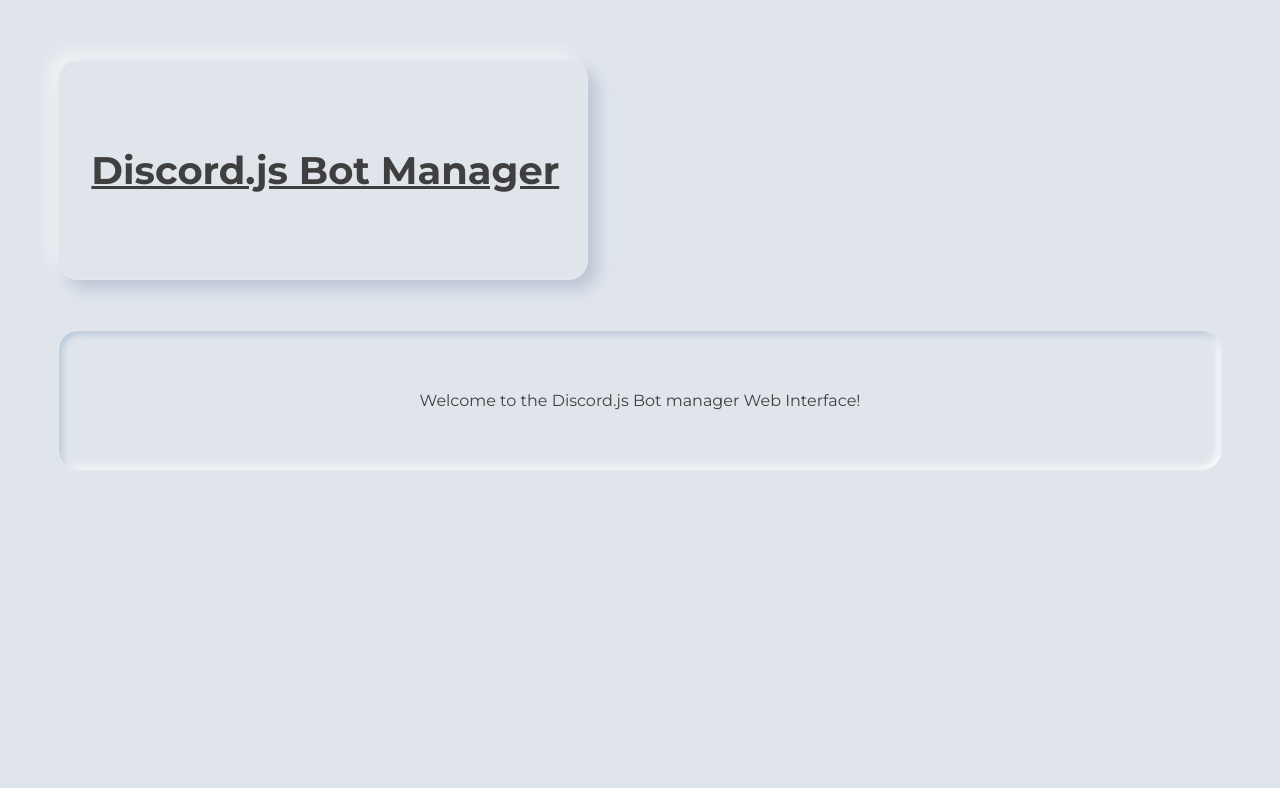
Repository: O-Schell/Discord-Bot-Manager
Page: Web_Interface/main.HTML
The author's editor kept a copy of each file at every save. The page is drawn from the files as they stood at one save, then again after the next save.
The browser window is 1280 px wide. The pictures show the whole page.
The style sheet was rebuilt from its Sass, Less or Tailwind sources for each picture, by a compiler version that may differ from the author's.

Above is the page before, as saved 2020-11-23 10:06:26.
Not found: Web_Interface/script.js

### Web_Interface/main.HTML
<!DOCTYPE html>
<html lang="fr">
  <head>
    <meta charset="utf-8" />
    <title>Bot Manager</title>
    <link rel="stylesheet" href="style.css" />
    <script src="script.js"></script>
  </head>

  <body>
    <div
      class="container wrapper"
      style="
        padding-left: 50px;
        padding-right: 50px;
      "
    >
      <div class="row">
        <div class="card-w col-md-4">
          <div class="card neumorphism"style="width: max-content;">
            <div class="card__icon"></div>
            <div class="card__text" >
              <h1><u>Discord.js Bot Manager</u></h1>
            </div>
          </div>
        </div>
      </div>
      <div class="card-w col-md-4" style="font-family: Montserrat; color: #3f3f3f;padding-top: 50px;">
        <div class="card inset">
          <div class="card__icon"></div>
          <div class="card__text">
            <p1>Welcome to the Discord.js Bot manager Web Interface!</p1>
          </div>
        </div>
      </div>
      <!--
    <div class="container wrapper">
      <div class="row">
        <div class="card-w col-md-4">
          <div class="card neumorphism">
            <div class="card__icon"></div>
            <div class="card__text">
              Lorem ipsum dolor sit amet consectetur adipisicing elit. Vitae,
              iusto et. Omnis quam enim vitae, esse dolores hic reiciendis nobis
              eligendi commodi eaque sed maxime non dolorum incidunt laudantium
              facilis!
            </div>
          </div>
        </div>
        <div class="card-w col-md-4">
          <div class="card inset">
            <div class="card__icon"></div>
            <div class="card__text">
              Lorem ipsum dolor sit amet consectetur adipisicing elit. Vitae,
              iusto et. Omnis quam enim vitae, esse dolores hic reiciendis nobis
              eligendi commodi eaque sed maxime non dolorum incidunt laudantium
              facilis!
            </div>
          </div>
        </div>
        <div class="card-w col-md-4">
          <div class="card active">
            <div class="card__icon"></div>
            <div class="card__text">
              Lorem ipsum dolor sit amet consectetur adipisicing elit. Vitae,
              iusto et. Omnis quam enim vitae, esse dolores hic reiciendis nobis
              eligendi commodi eaque sed maxime non dolorum incidunt laudantium
              facilis!
            </div>
          </div>
        </div>
      </div>
    </div>
    --></div>
  </body>
</html>

### Web_Interface/style.scss
@import url("https://fonts.googleapis.com/css?family=Montserrat:400,700&display=swap");

body {
  background-color: #dedede;
}
h1 {
  font-size: 3vw;
  padding-left: 0.5%;
  width: max-content;
  font-family: "Montserrat";
  color: #3f3f3f;
}

/* variables */
$bkg: #f7f8fc;
$l-grad-hex-100: #efeff6;
$l-grad-rgba-100: rgba(179, 202, 226, 0.28);

$d-grad-100: dark;

body {
  //background: linear-gradient(318.32deg, #C3D1E4 0%, #DDE7F3 55%, #D4E0ED 100%);
  background: #e0e5ec;
  min-height: 100vh;
}
.wrapper {
  margin: 60px auto;
}

.neumorphism {
  background-color: #e0e5ec;
  //dark
  box-shadow: 9px 9px 16px rgba(163, 177, 198, 0.6),
    -9px -9px 16px rgba(255, 255, 255, 0.5);
  //light
  //box-shadow: 4px 2px 16px rgba(136, 165, 191, 0.48), -4px -2px 16px #FFFFFF;
}

.card-w {
  .card {
    display: flex;
    flex-direction: column;
    align-items: center;
    padding: 60px 30px;
    border-radius: 30px;
    position: relative;
    background: transparent;
    border-radius: 20px;
    border: 1px solid rgba(255, 255, 255, 0.2);

    .card__icon {
    }
    .card__text {
      text-align: center;
    }
  }
}

/* inset */
.card.inset {
  box-shadow: inset 3px 3px 7px rgba(136, 165, 191, 0.48),
    inset -3px -3px 7px #ffffff;
  i {
    text-shadow: 1px 1px 1px #d6e1ef99, 0 0 0 #000, 1px 1px 1px #d6e1ef00;
  }
}

.card.active {
  box-shadow: 9px 9px 16px rgba(163, 177, 198, 0.6),
    -9px -9px 16px rgba(255, 255, 255, 0.5),
    inset 3px 3px 7px rgba(136, 165, 191, 0.48), inset -3px -3px 7px #ffffff;
  background: linear-gradient(
    318.32deg,
    rgba(163, 177, 198, 0.1) 0%,
    rgba(163, 177, 198, 0.1) 55%,
    rgba(163, 177, 198, 0.25) 100%
  );
}

After the next save:
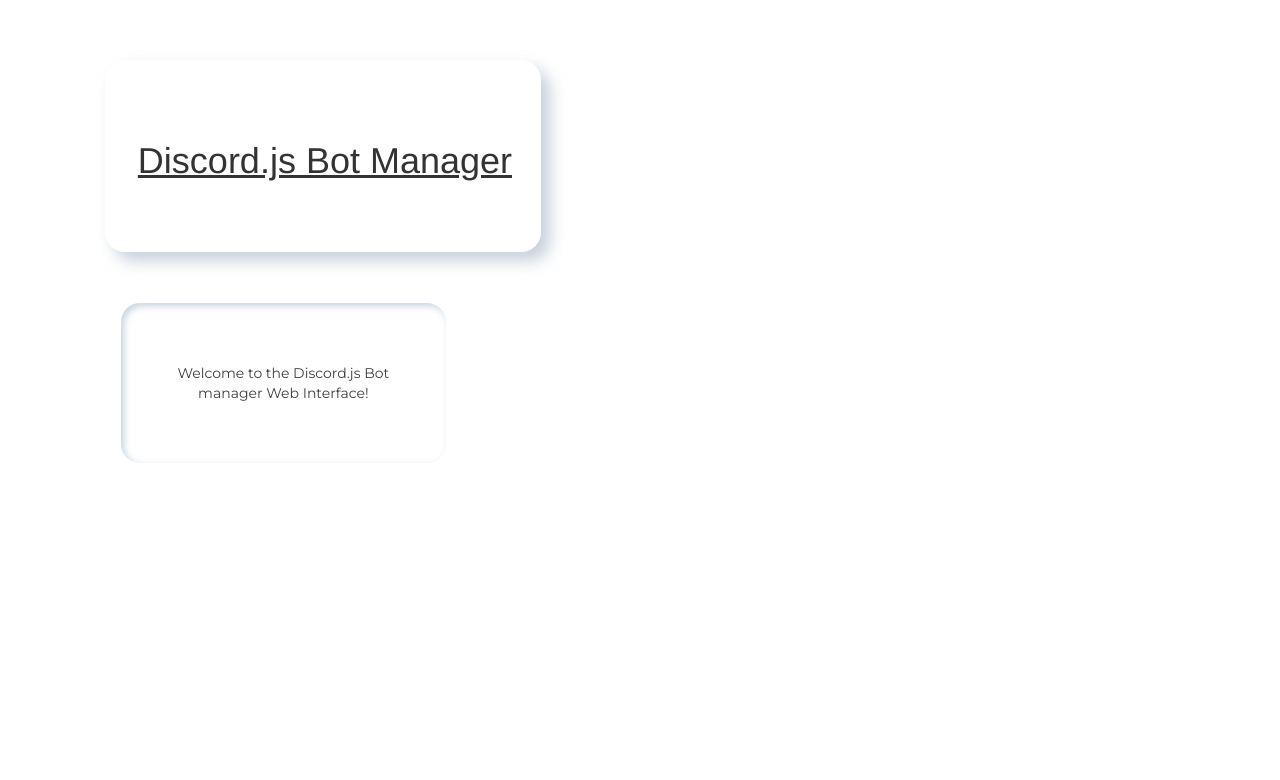
Saved 29 h 5 min later.
--- a/Web_Interface/main.HTML
+++ b/Web_Interface/main.HTML
@@ -4,6 +4,7 @@
     <meta charset="utf-8" />
     <title>Bot Manager</title>
     <link rel="stylesheet" href="style.css" />
+    <link rel="stylesheet" href="https://maxcdn.bootstrapcdn.com/bootstrap/3.4.1/css/bootstrap.min.css">
     <script src="script.js"></script>
   </head>
 

After the save that followed:
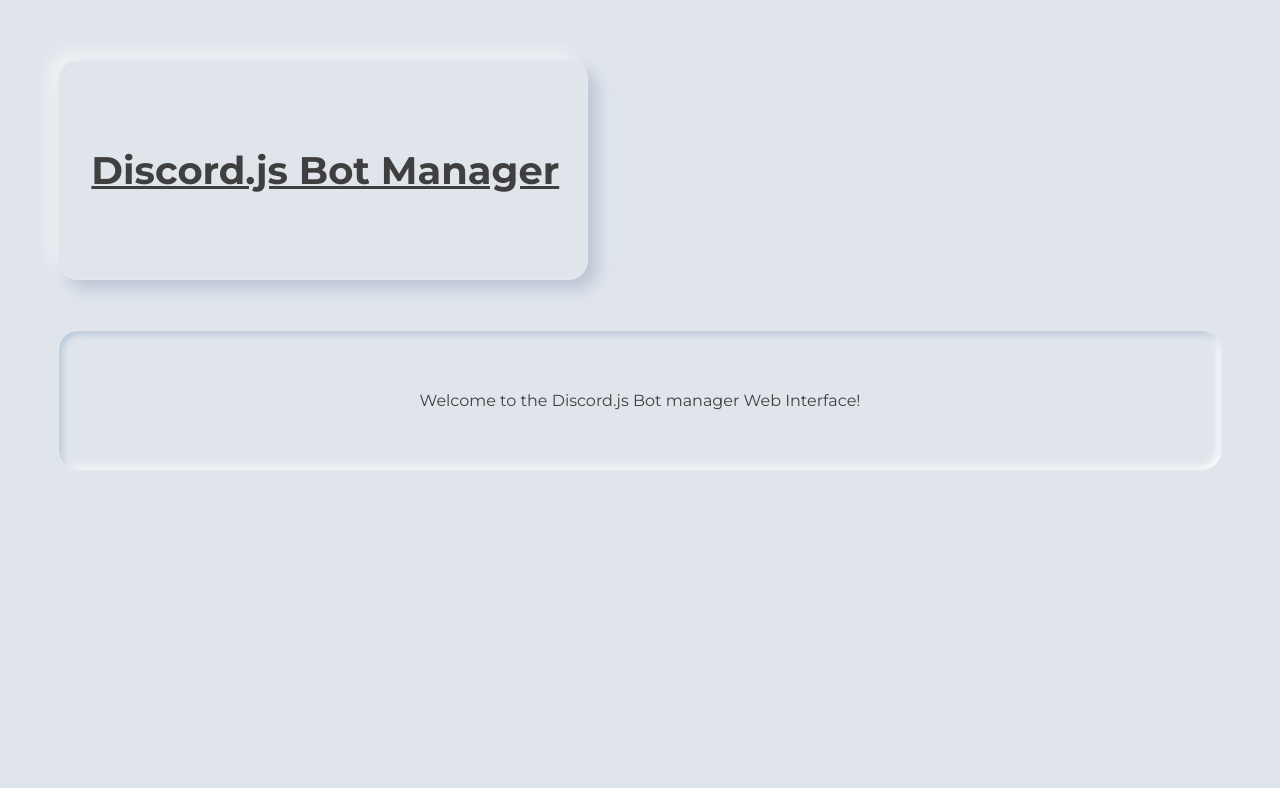
Saved 30 s later.
--- a/Web_Interface/main.HTML
+++ b/Web_Interface/main.HTML
@@ -4,7 +4,7 @@
     <meta charset="utf-8" />
     <title>Bot Manager</title>
     <link rel="stylesheet" href="style.css" />
-    <link rel="stylesheet" href="https://maxcdn.bootstrapcdn.com/bootstrap/3.4.1/css/bootstrap.min.css">
+
     <script src="script.js"></script>
   </head>
 
